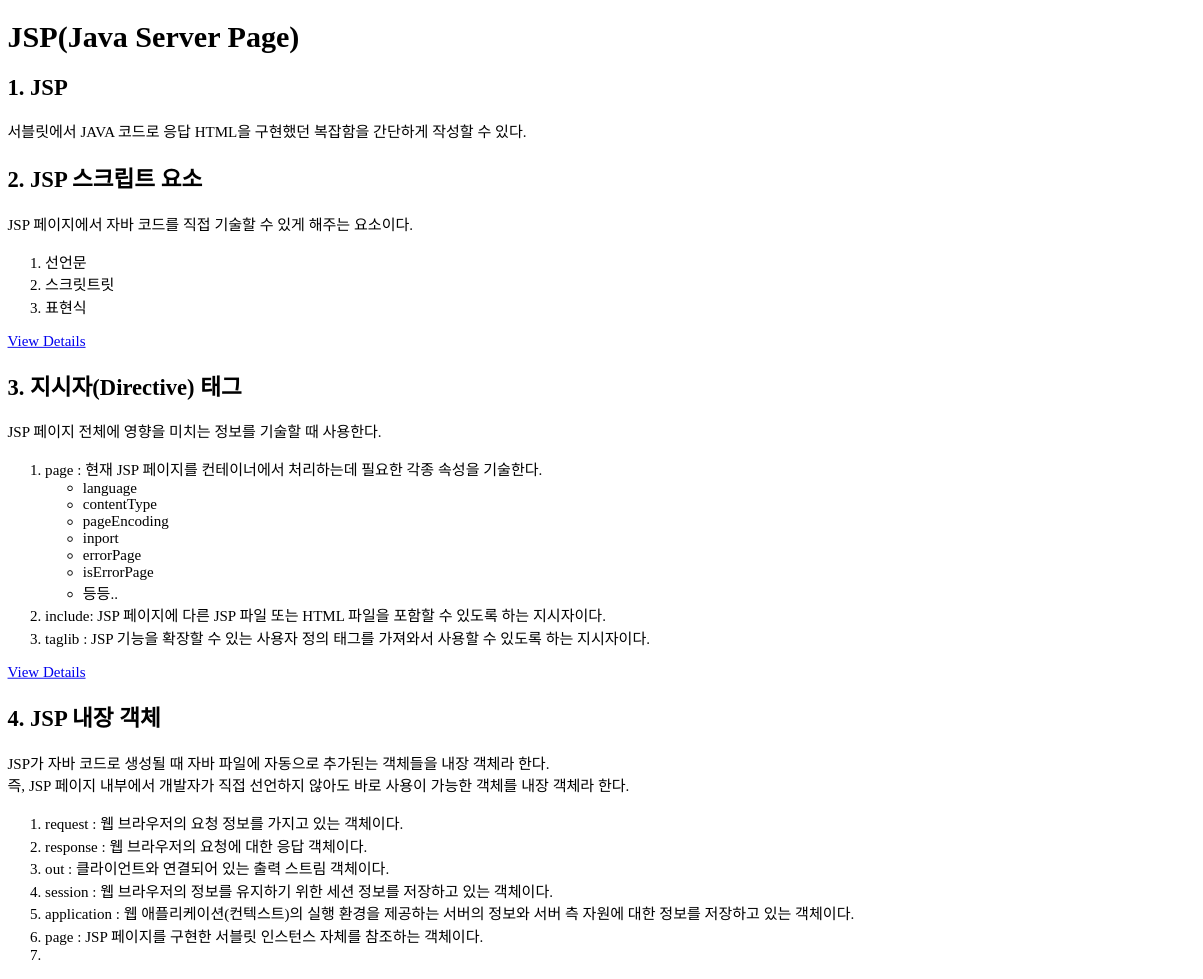
Repository: Parknogyung/Backend
Page: 02_JSP/src/main/webapp/index.html
The author's editor kept a copy of each file at every save. The page is drawn from the files as they stood at one save, then again after the next save.
The browser window is 1280 px wide. The pictures show the whole page, at 94% of full size.

Above is the page before, as saved 2022-07-11 00:47:36.

After the next save:
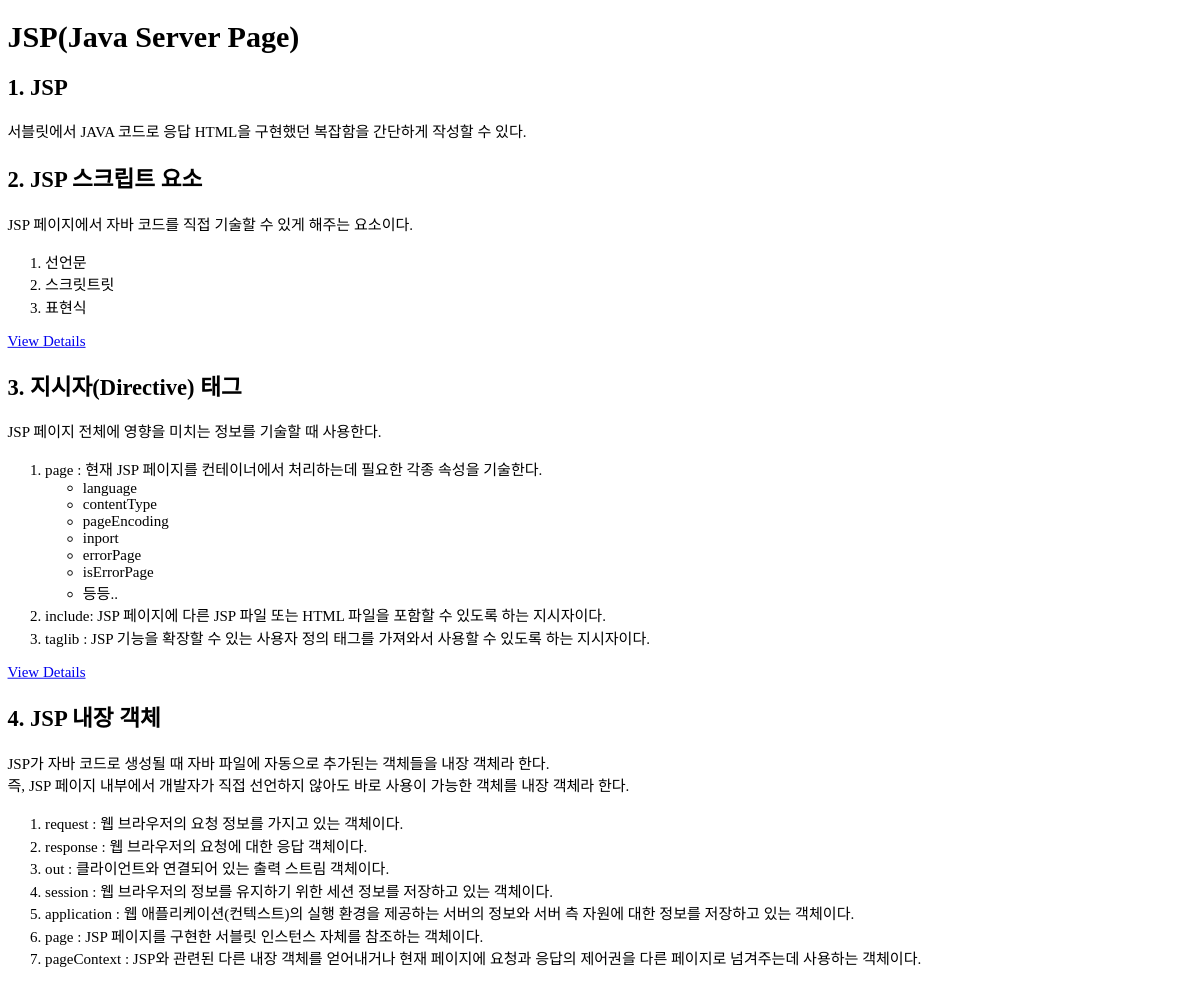
Saved 2 min 47 s later.
--- a/02_JSP/src/main/webapp/index.html
+++ b/02_JSP/src/main/webapp/index.html
@@ -61,7 +61,7 @@
 		<li>session : 웹 브라우저의 정보를 유지하기 위한 세션 정보를 저장하고 있는 객체이다.</li>
 		<li>application : 웹 애플리케이션(컨텍스트)의 실행 환경을 제공하는 서버의 정보와 서버 측 자원에 대한 정보를 저장하고 있는 객체이다.</li>
 		<li>page : JSP 페이지를 구현한 서블릿 인스턴스 자체를 참조하는 객체이다.</li>
-		<li></li>
+		<li>pageContext : JSP와 관련된 다른 내장 객체를 얻어내거나 현재 페이지에 요청과 응답의 제어권을 다른 페이지로 넘겨주는데 사용하는 객체이다.</li>
 	</ol>
 </body>
 </html>
